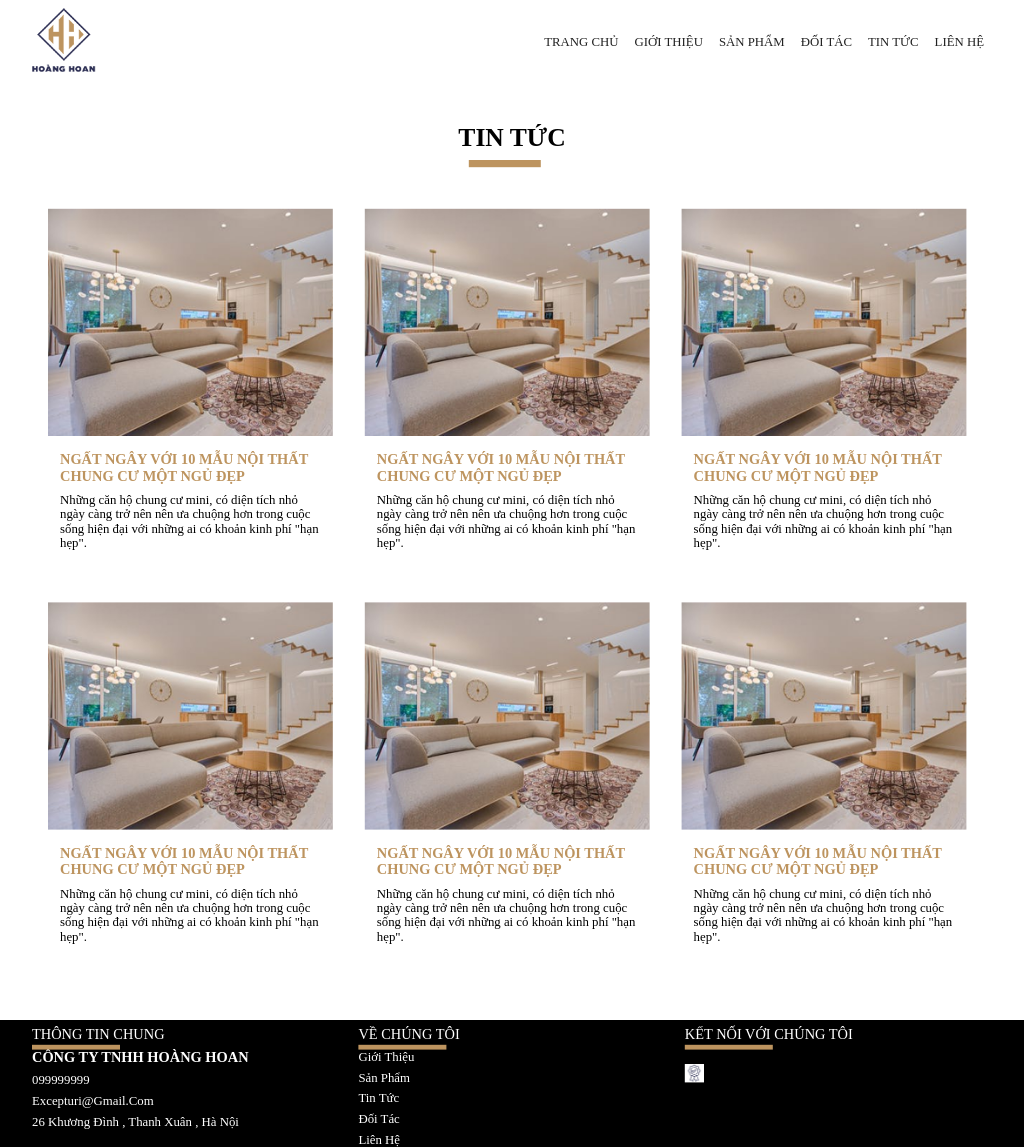
Repository: LDDUNG2003/front_end
Page: news.html
The author's editor kept a copy of each file at every save. The page is drawn from the files as they stood at one save, then again after the next save.
The browser window is 1280 px wide. The pictures show the whole page, at 80% of full size.

Above is the page before, as saved 2023-08-29 21:39:12.

### news.html
<!DOCTYPE html>
<html lang="en">

<head>
    <meta charset="UTF-8">
    <meta name="viewport" content="width=device-width, initial-scale=1.0">
    <title>Document</title>
    <link rel="stylesheet" href="./public/css/base.css">
    <link rel="stylesheet" href="./public/css/news.css">
    <link rel="stylesheet" href="./public/css/responsive.css">

</head>

<body>
    <div class="mail">
        <div class="header">
            <div class="navBar">
                <div class="logo--block">
                    <img src="./public/img/logo.png" alt="logo" class="logo">
                    <button class="menu-mobile" id="mobileMenu"><i class="fas fa-bars" style="color: #fff;" ></i></button>
                </div>
                <ul class="navBar__list">
                    <li class="navBar__list-item"><a href="" class="navBar__list--link">trang chủ</a></li>
                    <li class="navBar__list-item">
                        <a href="" class="navBar__list--link">giới thiệu</a>
                    </li>
                    <li class="navBar__list-item">
                        <a href="" class="navBar__list--link">sản phẩm</a>
                    </li>
                    <li class="navBar__list-item">
                        <a href="" class="navBar__list--link">đối tác</a>
                    </li>
                    <li class="navBar__list-item">
                        <a href="" class="navBar__list--link">tin tức</a>
                    </li>
                    <li class="navBar__list-item">
                        <a href="" class="navBar__list--link">liên hệ</a>
                    </li>
                </ul>
            </div>
        </div>
        <div class="news--contet">
            <h2 class="content--title">tin tức</h2>
            <ul class="news--content-list">
                <li class="news--content-item">
                    <img src="./public/img/news/tintuc-1.jpg" alt="" class="news--item-img">
                    <div class="news--item-contain">
                        <h4 class="news--contain-heading">Ngất ngây với 10 mẫu nội thất chung cư một ngủ đẹp</h4>
                        <p class="news--contain-text">Những căn hộ chung cư mini, có diện tích nhỏ ngày càng trở nên nên ưa chuộng hơn trong cuộc sống hiện đại với những ai có khoản kinh phí "hạn hẹp".</p>
                    </div>
                </li>
                <li class="news--content-item">
                    <img src="./public/img/news/tintuc-1.jpg" alt="" class="news--item-img">
                    <div class="news--item-contain">
                        <h4 class="news--contain-heading">Ngất ngây với 10 mẫu nội thất chung cư một ngủ đẹp</h4>
                        <p class="news--contain-text">Những căn hộ chung cư mini, có diện tích nhỏ ngày càng trở nên nên ưa chuộng hơn trong cuộc sống hiện đại với những ai có khoản kinh phí "hạn hẹp".</p>
                    </div>
                </li>
                <li class="news--content-item">
                    <img src="./public/img/news/tintuc-1.jpg" alt="" class="news--item-img">
                    <div class="news--item-contain">
                        <h4 class="news--contain-heading">Ngất ngây với 10 mẫu nội thất chung cư một ngủ đẹp</h4>
                        <p class="news--contain-text">Những căn hộ chung cư mini, có diện tích nhỏ ngày càng trở nên nên ưa chuộng hơn trong cuộc sống hiện đại với những ai có khoản kinh phí "hạn hẹp".</p>
                    </div>
                </li>
                <li class="news--content-item">
                    <img src="./public/img/news/tintuc-1.jpg" alt="" class="news--item-img">
                    <div class="news--item-contain">
                        <h4 class="news--contain-heading">Ngất ngây với 10 mẫu nội thất chung cư một ngủ đẹp</h4>
                        <p class="news--contain-text">Những căn hộ chung cư mini, có diện tích nhỏ ngày càng trở nên nên ưa chuộng hơn trong cuộc sống hiện đại với những ai có khoản kinh phí "hạn hẹp".</p>
                    </div>
                </li>
                <li class="news--content-item">
                    <img src="./public/img/news/tintuc-1.jpg" alt="" class="news--item-img">
                    <div class="news--item-contain">
                        <h4 class="news--contain-heading">Ngất ngây với 10 mẫu nội thất chung cư một ngủ đẹp</h4>
                        <p class="news--contain-text">Những căn hộ chung cư mini, có diện tích nhỏ ngày càng trở nên nên ưa chuộng hơn trong cuộc sống hiện đại với những ai có khoản kinh phí "hạn hẹp".</p>
                    </div>
                </li>
                <li class="news--content-item">
                    <img src="./public/img/news/tintuc-1.jpg" alt="" class="news--item-img">
                    <div class="news--item-contain">
                        <h4 class="news--contain-heading">Ngất ngây với 10 mẫu nội thất chung cư một ngủ đẹp</h4>
                        <p class="news--contain-text">Những căn hộ chung cư mini, có diện tích nhỏ ngày càng trở nên nên ưa chuộng hơn trong cuộc sống hiện đại với những ai có khoản kinh phí "hạn hẹp".</p>
                    </div>
                </li>
            </ul>
        </div>
        <div class="footer ">
            <div class="footer__lable">
                <ul class="footer--list">
                    <li class="footer--list-item">
                        <h3 class="footer--list-heading">
                            thông tin chung
                        </h3>
                    </li>
                    <li class="footer--list-item footer--inheri">công ty tnhh hoàng hoan</li>
                    <li class="footer--list-item"><i class="fa-solid fa-phone" style="color: #ffffff;"></i>099999999</li>
                    <li class="footer--list-item"><i class="fa-regular fa-envelope" style="color: #ffffff;"></i>excepturi@gmail.com
                    </li>
                    <li class="footer--list-item"><i class="fa-solid fa-location-dot fa-beat" style="color: #ffffff;"></i>26 khương đình , thanh xuân , hà nội</li>
                </ul>
                <ul class="footer--list">
                    <li class="footer--list-item">
                        <h3 class="footer--list-heading">về chúng tôi</h3>
                    </li>
                    <li class="footer--list-item">giới thiệu</li>
                    <li class="footer--list-item">sản phẩm</li>
                    <li class="footer--list-item">tin tức</li>
                    <li class="footer--list-item">đối tác</li>
                    <li class="footer--list-item">liên hệ</li>
                </ul>
                <ul class="footer--list">
                    <li class="footer--list-item">
                        <h3 class="footer--list-heading">kết nối với chúng tôi</h3>
                    </li>
                    <li class="footer--list-item">
                        <ul class="footer--list-contact">
                            <li class="fooder--list-contact-item"><i class="fa-brands fa-square-facebook" style="color: #ffffff;"></i></li>
                            <li class="fooder--list-contact-item"><i class="fa-brands fa-instagram" style="color: #ffffff;"></i>
                            </li>
                            <li class="fooder--list-contact-item"><i class="fa-regular fa-envelope" style="color: #fcfcfd;"></i>
                            </li>
                        </ul>
                    </li>
                    <li class="footer--list-item"><img style="height: 23px;" src="./style/image/ve-chung-toi/chat-luong.jpg" alt=""></li>
                </ul>
            </div>
        </div>
        <script src="./public/js/index.js" crossorigin="anonymous"></script>
    </div>
</body>

</html>

### public/css/base.css
* {
    padding: 0px;
    margin: 0px;
    font-family: "gotham-family";
}

:root {
    --primary-color: #bd945f;
    --text-color: #222222;
}


/* font setting */

@font-face {
    font-family: "gotham-family";
    src: url(../front/Gotham-Medium.otf);
    font-family: "gotham-linear";
    src: url(../front/Gotham-Thin.otf);
    font-family: "gotham-utral";
    src: url(../front/Gotham-Ultra.otf);
}

.main {
    width: 100%;
}

.header {
    padding: 10px 0px;
    margin: auto;
    width: 100%;
    max-width: 1200px;
}

.navBar {
    display: flex;
    width: 100%;
    justify-content: space-between;
}

.logo {
    height: 80px;
}

.navBar__list {
    display: flex;
    list-style: none;
    align-items: center;
}

.navBar__list-item {
    margin: 0 10px;
}

.navBar__list--link {
    text-transform: uppercase;
    font-size: 16px;
    color: var(--text-color);
    text-decoration: none;
}

.featured--content {}

.featured-name {
    font-size: 18px;
    text-transform: capitalize;
}

.evaluate--list {
    list-style: none;
    display: flex;
    justify-content: center;
}

.evaluate--list li {
    padding: 5px;
    margin: 0;
}

.note-product {}

.content--title {
    font-size: 32px;
    padding: 50px 0px;
    text-align: center;
    position: relative;
    text-transform: uppercase;
}

.content--title::before {
    content: '';
    background-color: var(--primary-color);
    width: 90px;
    height: 9px;
    position: absolute;
    top: 70%;
    right: 47%;
}

.price-product {
    padding: 7px 0px;
    font-weight: 800;
    font-size: 16px;
}

.slick-prev:before,
.slick-next:before {
    color: var(--primary-color);
    width: 15px;
}

.footer {
    background-color: black;
}

.footer__lable {
    max-width: 1200px;
    margin: auto;
    display: flex;
    width: 100%;
    justify-content: space-around;
    color: #fff;
    justify-content: space-between;
}

.footer--list {
    list-style: none;
    width: 32%;
}

.footer--list-item {
    font-size: 16px;
    padding-top: 8px;
    text-transform: capitalize;
    font-family: initial;
}

.footer--list-heading {
    font-size: 18px;
    font-weight: 300;
    text-transform: uppercase;
    position: relative;
    padding-bottom: 0px;
    font-family: 'Gotham-Medium';
}

.footer--list-heading::after {
    content: '';
    background-color: var(--primary-color);
    width: 110px;
    padding-top: 6px;
    position: absolute;
    left: 0px;
    bottom: -8px;
}

.footer--inheri {
    text-transform: uppercase;
    font-weight: 600;
    font-size: 18px;
}

.footer--list-contact {
    display: flex;
    list-style: none;
}

.fooder--list-contact-item {
    width: 16px;
    padding: 5px;
}

### public/css/news.css
.news--contet {
    width: 100%;
    max-width: 1200px;
    margin: auto;
    padding-bottom: 50px;
}

.news--content-list {
    display: flex;
    flex-wrap: wrap;
    list-style: none;
}

.news--content-item {
    width: 33%;
    padding: 20px;
    box-sizing: border-box;
}

.news--item-img {
    width: 100%;
}

.news--item-contain {
    margin: 15px;
}

.news--contain-heading {
    font-size: 18px;
    color: var(--primary-color);
    text-transform: uppercase;
}

.news--contain-text {
    padding: 10px 0px;
}

### public/css/responsive.css
@media (min-width:767px) {
    #mobileMenu {
        display: none;
    }
}

@media (max-width: 767px) {
    #mobileMenu {
        display: block;
    }
    .logo--block {
        width: 100%;
        display: flex;
        align-items: center;
        justify-content: space-between;
    }
    .navBar {
        display: block;
        height: auto;
    }
    .menu-mobile {
        width: 40px;
        height: 40px;
        padding: 10px;
        border: 0px;
        background-color: var(--primary-color);
    }
    .navBar__list {
        display: none;
        width: 100%;
    }
    .navBar__list-item {
        padding: 4px;
        border-bottom: 2px solid #ccc;
    }
    .content__focut {
        position: static;
    }
    .focut--item {
        width: 50%;
    }
    .content__banner {
        width: 100%;
    }
    .banner--content {
        display: none;
    }
    .slick-prev:before,
    .slick-next:before {
        display: none;
    }
    .about--background {
        display: none;
    }
    .about__us-bag {
        position: static;
    }
    .about--block {
        display: block;
    }
    .about--content {
        width: 100%;
        color: var(--text-color);
    }
    .about--content img {
        width: 100%;
    }
    .content--title {
        color: var(--text-color);
    }
    .news--contain {
        display: block;
    }
    .mobile-display {
        display: none;
    }
    .news--contain--item {
        width: 100%;
    }
    .news--list-item {
        width: 100%;
        overflow: hidden;
    }
    .news--list-item img {
        height: 100%;
    }
    .partner--list {
        flex-wrap: wrap;
    }
    .partner--item {
        width: 50%;
    }
    .content--contact {
        display: none;
    }
    .footer__lable {
        display: block;
    }
    .footer--list {
        width: 100%;
        padding: 10px 0px;
    }
    .footer--list-item {
        width: 100%;
        padding: 5px 0px;
    }
}

### public/js/index.js
var mobile = document.getElementById("mobileMenu");
var navBar__list = document.getElementsByClassName("navBar__list")[0]
mobile.addEventListener("click", function() {
    if (navBar__list.style.display === "block") {
        navBar__list.style.display = null;
    } else {
        navBar__list.style.display = "block";
    }
});

After the next save:
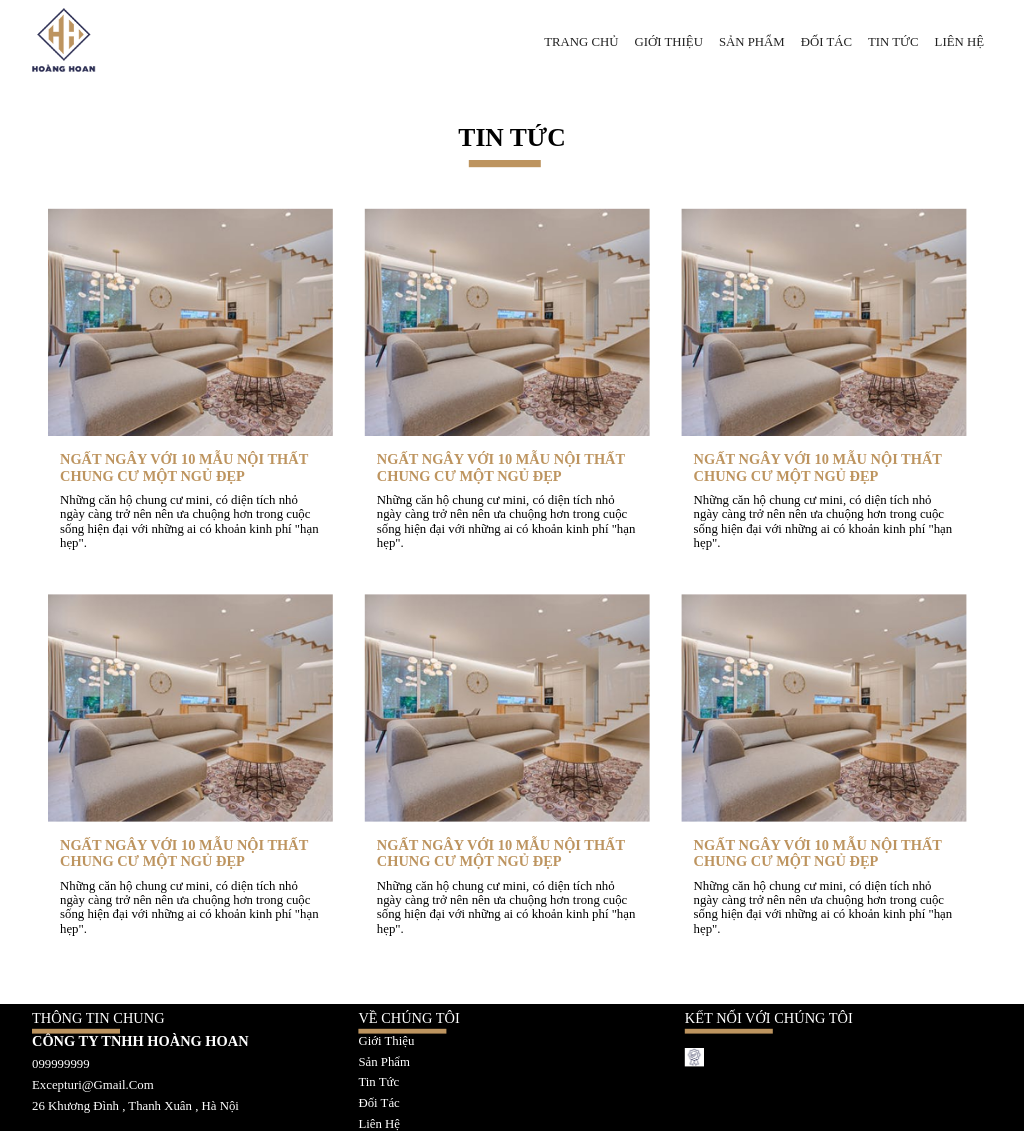
Saved 8 s later.
--- a/public/css/news.css
+++ b/public/css/news.css
@@ -32,5 +32,5 @@
 }
 
 .news--contain-text {
-    padding: 10px 0px;
+    padding: 10px 0px 0px 0px;
 }
